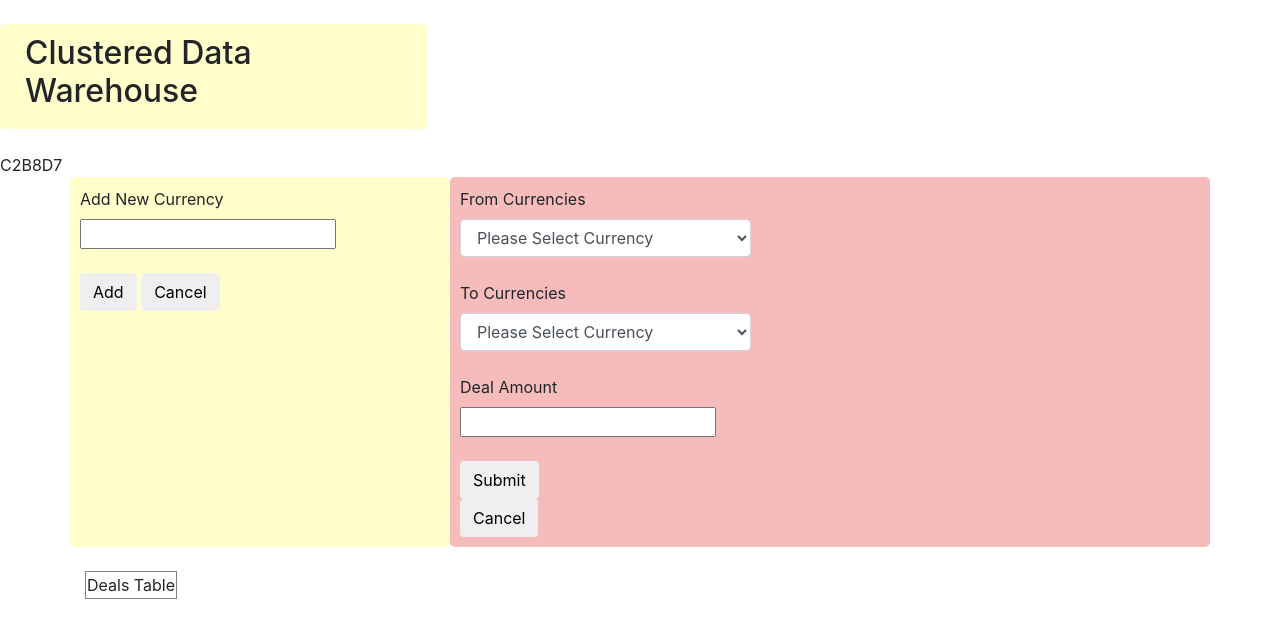
Repository: AlhassanAbuGhazaleh/ProgressSoftProject
Page: http://localhost/Clustered_Data__Alhasan_Abu_Ghazaleh_/WEB-INF/views/home.jsp
These files come from the project's save history. The page is drawn as it stood at one moment and after the next save; the edit follows.
The browser window is 1280 px wide. The pictures show the whole page.
The page is served by Tomcat 9. Nobody is signed in. The template is opened directly, without the code that normally fills it, so the values that code supplies are empty.

Above is the page before, as saved 2020-10-10 08:34:18.
Console error: ReferenceError: $ is not defined

After the next save:
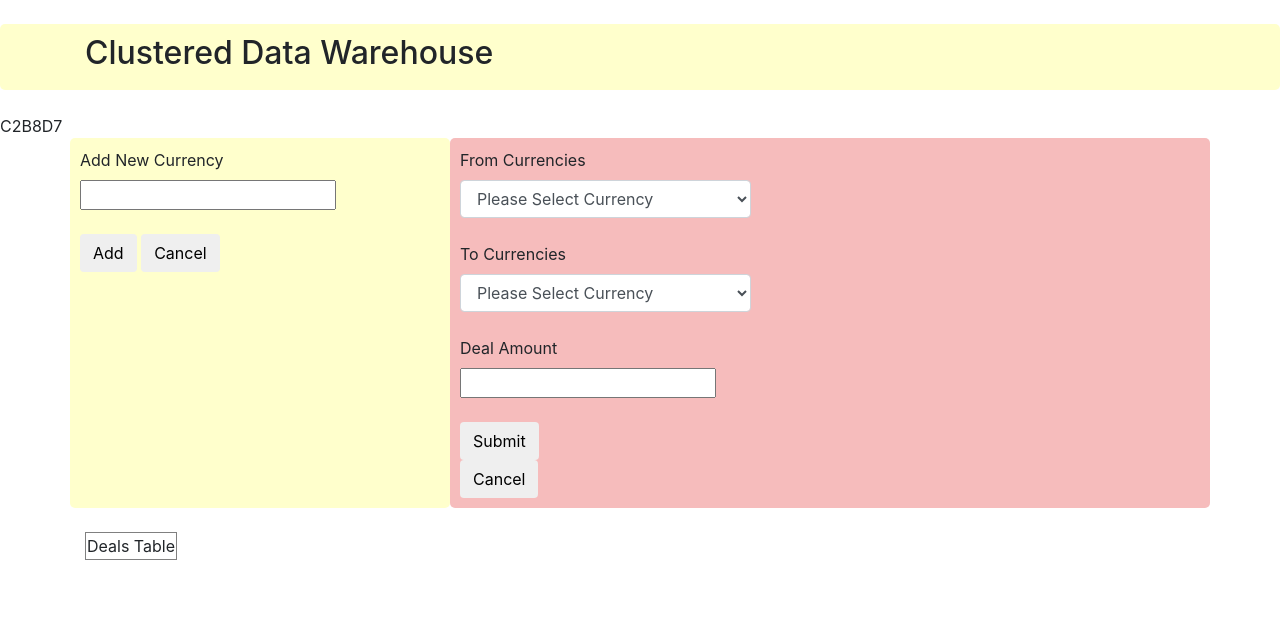
Saved 4 s later.
--- a/Clustered Data (Alhasan Abu Ghazaleh)/src/main/webapp/WEB-INF/views/home.jsp
+++ b/Clustered Data (Alhasan Abu Ghazaleh)/src/main/webapp/WEB-INF/views/home.jsp
@@ -26,7 +26,7 @@
 </head>
 <body>
 	<br>
-	<div class="col-sm-4"
+	<div class="col-sm-12"
 		style="border-radius: 5px; background-color: #FFFFCC; padding: 10px;">
 		<div class="container">
 			<div style="align-content: center">
